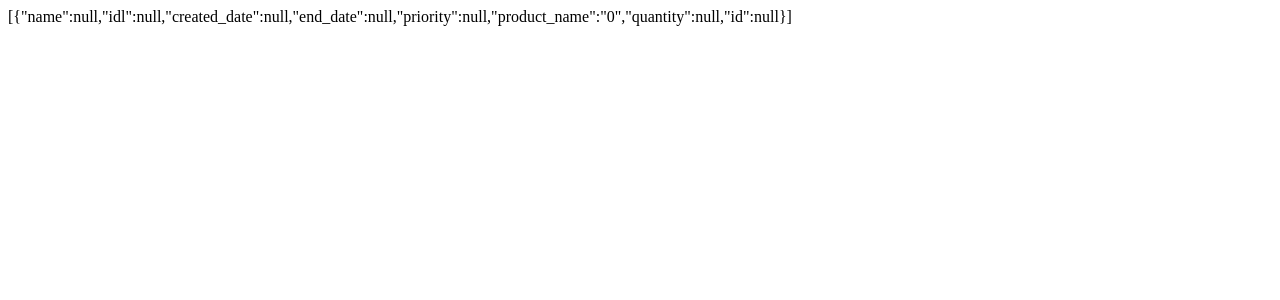
Repository: alphatra/Task-menager
Page: http://localhost/php/src/views/tester.php
These files come from the project's save history. The page is drawn as it stood at one moment and after the next save; the edit follows.
The browser window is 1280 px wide. The pictures show the whole page.
The page is run by PHP 8.4 with error messages shown; the project is at /var/www/html/. Queries for data that is not in the repository find no rows.

Above is the page before, as saved 2023-02-20 18:06:20.

### php/src/views/tester.php
<?php
require_once('../model/CRUD.php');
$db = new db();
echo $db->getDataOfList();
$DATA = json_decode($db->getDataOfList());
?>

### php/src/model/CRUD.php
<?php
class db{
    private $conn;
    public $servername;
    public $username;
    public $password;
    public $database;
    public $tablename;

    public function __construct($host="db", $database="mydb",
                                $username="root", $password="root"){
        $this->host = $host;
        $this->database = $database;
        $this->username = $username;
        $this->password = $password;

        try {
            // Tworzenie połączenia
            $this->conn = new mysqli($host, $username, $password, $database);
        } catch (Exception $e) {
            // Sprawdzanie połączenia
            die("Connection failed: " . mysqli_connect_error());

        }

        return $this->conn;
    }

    // Wyświetlanie list z bazy danych
    public function getData($query = null, $category = null){
        $this->query = $query;
        $this->category = $category;
        $arg = '';
        if((isset($this->query) && $this->query != '' ) || (isset($this->query) && $this->category != '')){
            $arg = "WHERE p.product_name LIKE '$this->query%' AND p.category_id LIKE '$this->category%'";
        }
        $sql = "SELECT * FROM products p ".$arg;
        $result = mysqli_query($this->conn, $sql);
        $result = mysqli_fetch_all($result, MYSQLI_ASSOC);

        return json_encode($result);
    }
    public function getDataOfList($query = null){
        $this->query = $query;
        $arg = '';
        if(isset($this->query) && $this->query != ''){
            $arg = "WHERE l.name LIKE '$this->query%' OR l.created_date LIKE '$this->query%'";
        }
        $sql = "SELECT l.name,l.id as idl, l.created_date, l.end_date, l.priority, COALESCE(p.product_name, pi.item_name) AS product_name, li.quantity, li.id
                FROM list l
                LEFT JOIN list_items li ON l.id = li.list_id
                LEFT JOIN products p ON li.id_product = p.id_product
                LEFT JOIN private_items pi ON li.item_key = pi.item_key
                $arg
                ORDER BY l.name";
        $result = mysqli_query($this->conn, $sql);
        $result = mysqli_fetch_all($result, MYSQLI_ASSOC);

        return json_encode($result);
    }
    public function getListId($list_name){
        $this->list_name = $list_name;
        $query = "SELECT id FROM list WHERE name = '$this->list_name'";
        $result = mysqli_query($this->conn, $query);
        $result = mysqli_fetch_all($result, MYSQLI_ASSOC);
        $result = $result[0]['id'];

        return $result;
    }
    public function deleteList($list_id) {
        $this->list_id = $list_id;
        //$list_name= $this->getListId($list_id);
        $sql1 = "DELETE FROM list WHERE id = '{$list_id}'";
        $result = mysqli_query($this->conn, $sql1);
        $sql2 = "DELETE FROM list_items WHERE list_id = $list_id";
        $result = mysqli_query($this->conn, $sql2);

        return $this->list_id ;
    }
    public function deleteItem($item_id) {
        $this->item_id = $item_id;
        $query = "DELETE FROM list_items WHERE id = $this->item_id";
        $result = mysqli_query($this->conn, $query);

        return $query;
    }

    // Wyświetlanie list z bazy danych wraz z wyszukiwaniem
    public function searchData($tablename, $search, $category){
        $this->tablename = $tablename;
        $this->search = $search;
        $this->category = $category;
        if($tablename == 'products'){
            $query = "SELECT * FROM $this->tablename WHERE product_name LIKE '$this->search%'";
            if($category != ''){
                $query .= " AND category_id = $this->category";
            }
        }else{
            $query = "SELECT * FROM $this->tablename WHERE name LIKE '$this->search%'";
            if($category != ''){
                $query .= " AND category_id = $this->category";
            }
        }
        $result = mysqli_query($this->conn, $query);
        $result = mysqli_fetch_all($result, MYSQLI_ASSOC);

        return json_encode($result);
    }
    /*
    public function searchData($tablename="", $search=""){
        $this->tablename = "list";
        $this->search = "{$search}%";
        $query = "SELECT * FROM $this->tablename WHERE name LIKE ?";
        $stmt = $this->conn->prepare($query);
        $stmt->bind_param("s",$search);
        $stmt->execute();
        $result = $stmt->get_result();

        return json_encode($result->fetch_all(MYSQLI_ASSOC));
    }
    */

    // Dodawanie produktów do bazy danych
    public function createProduct($Param){
        $product_name = $Param[0];
        $product_description = $Param[1];
        $product_image = $Param[2];
        $category_id = $Param[3];
        $query = "INSERT INTO products (product_name, product_description, product_image, category_id)
                    VALUES ('{$product_name}', '{$product_description}', '{$product_image}', '{$category_id}')";

        mysqli_query($this->conn, $query);
    }

    public function fetchData($Data){
        $this->Data = $Data;
        $decoded_json = json_decode($Data, true);
        $product_name = $decoded_json['product_name'];
        $product_description = $decoded_json['product_description'];
        $product_image = $decoded_json['product_image'];
        $category_id = $decoded_json['category_id'];
        return [$product_name, $product_description, $product_image, $category_id];
    }

    public function getMaxId($tablename){
        $this->tablename = $tablename;
        $query = "SELECT MAX( id ) AS `Max_Id` FROM $this->tablename";
        $result = mysqli_query($this->conn, $query);
        $result = mysqli_fetch_all($result, MYSQLI_ASSOC);
        $result = $result[0]['Max_Id'];

        return $result + 1;
    }

    public function createList($list_name, $end_date){
        $id = $this->getMaxId('list');
        $this->list_name = $list_name;
        $created_date = date("Y-m-d h:i:s");
        $this->end_date = $end_date;
        $query = "INSERT INTO list (id, name, created_date, end_date) VALUES ('{$id}','{$list_name}','{$created_date}','{$end_date}')";
        mysqli_query($this->conn, $query);
        return $query;
    }

    public function createListItems($qty,$list_name,$id_product=null, $item_key=null){
        $id = $this->getMaxId('list_items');
        $this->qty = $qty;
        $this->list_name = $list_name;
        $list_name= $this->getListId($list_name);
        $this->id_product = $id_product;
        $this->item_key = $item_key;
        $arg='';
        $arg2='';

        if(isset($this->id_product)){
            $arg = 'id_product';
            $arg2 = $id_product;
        }
        if(isset($this->item_key)){
            $arg = 'item_key';
            $arg2 = $item_key;
        }
        $sql = "INSERT INTO list_items (id, quantity, list_id, $arg) VALUES ('{$id}', '{$this->qty}', '{$list_name}','{$arg2}')";
        mysqli_query($this->conn, $sql);

        return $sql;
    }

    public function addPrivateItem($item_key, $item_name){
        $this->item_key = $item_key;
        $this->item_name = $item_name;

        $query = "INSERT INTO private_items (item_key, item_name) VALUES ('{$item_key}', '{$item_name}')";
        mysqli_query($this->conn, $query);
        return $query;
    }
    public function updateItem($id, $name, $quantity) {
        $this->id = $id;
        $this->name = $name;
        $this->quantity = $quantity;
        $uniqid = uniqid();
        $query1 = "INSERT INTO private_items (item_key, item_name) VALUES ('{$uniqid}', '{$name}')";
        $result = mysqli_query($this->conn, $query1);
        $query2 = "UPDATE list_items SET item_key = '$uniqid', quantity = '$this->quantity', id_product = NULL WHERE id = $this->id";
        $result = mysqli_query($this->conn, $query2);

        return $query1.$query2;
    }
}
?>

After the next save:
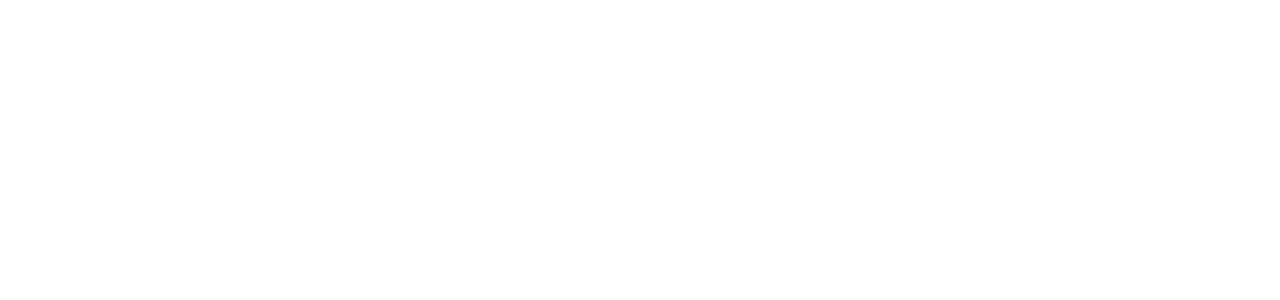
Saved 10 s later.
--- a/php/src/views/tester.php
+++ b/php/src/views/tester.php
@@ -1,6 +1,6 @@
 <?php
 require_once('../model/CRUD.php');
 $db = new db();
-echo $db->getDataOfList();
-$DATA = json_decode($db->getDataOfList());
+
+$data = json_decode($db->getDataOfList());
 ?>

After the save that followed:
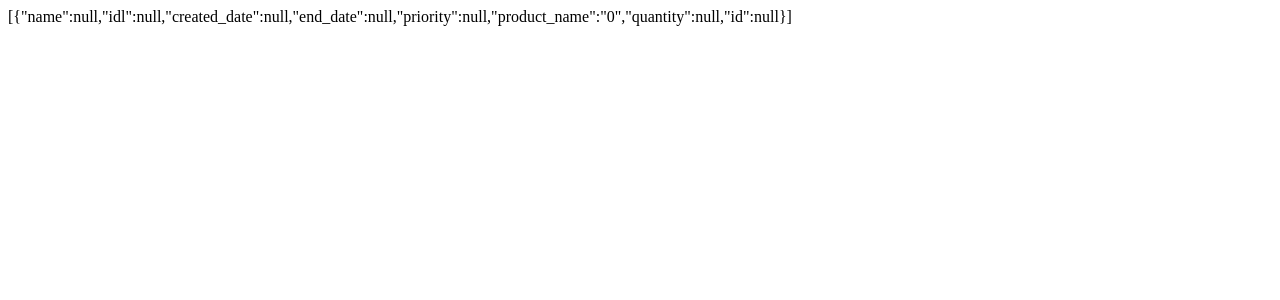
Saved 18 s later.
--- a/php/src/views/tester.php
+++ b/php/src/views/tester.php
@@ -2,5 +2,6 @@
 require_once('../model/CRUD.php');
 $db = new db();
 
-$data = json_decode($db->getDataOfList());
+$data = $db->getDataOfList();
+echo $data;
 ?>
